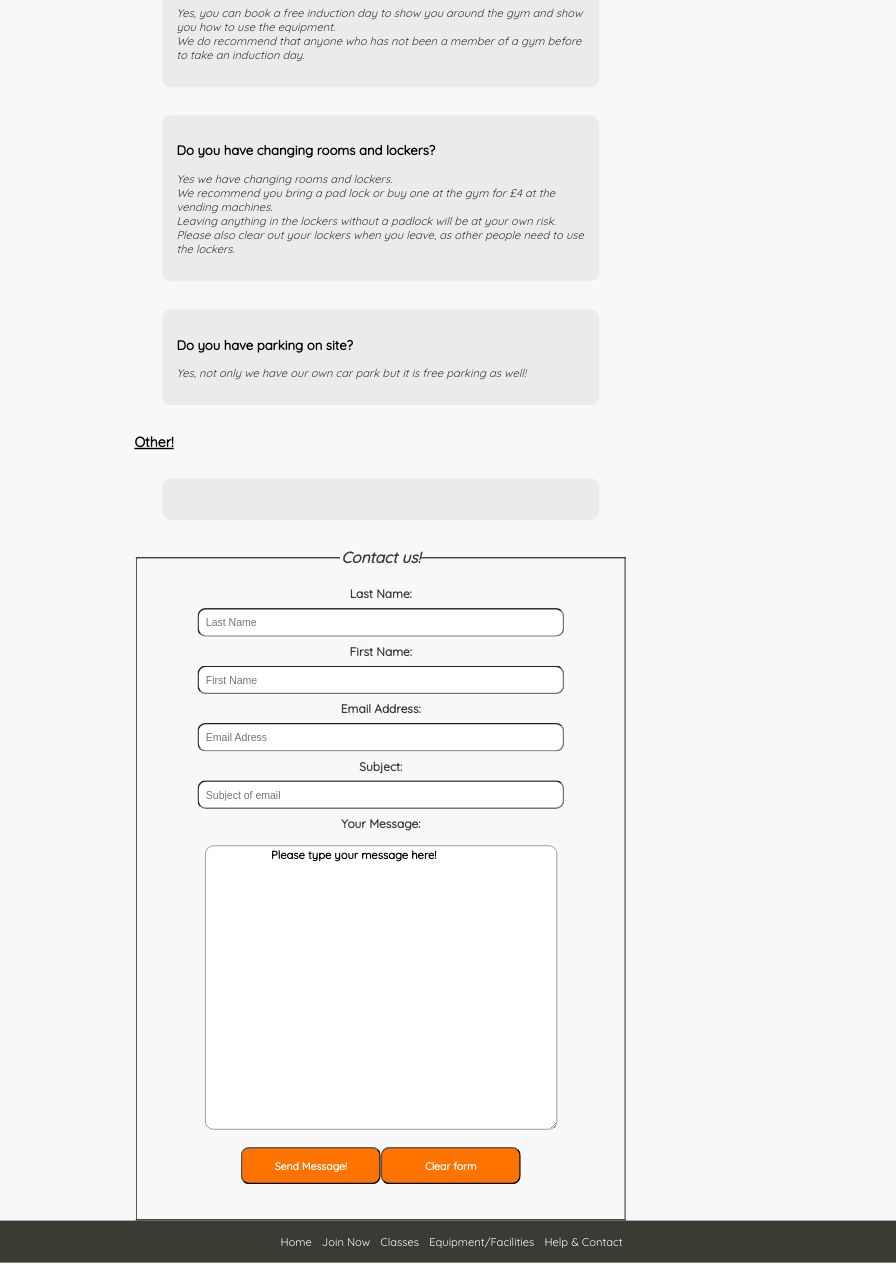
Repository: RicardoAzuul/the_fitness_hub
Page: help_and_contact.html
The author's editor kept a record of every edit. The page is drawn from the files as they stood at one moment, then again after the next edit.
The browser window is 1280 px wide. The pictures show the part of the page from y = 1214 to 3134 px (the page is 3019 px tall before and 3134 px after), at 70% of full size.
Some web fonts or font styles are not loaded; a fallback is used.

Above is the page before.

### help_and_contact.html
<!DOCTYPE html>
<html>
    <head>
        <meta charset="UTF-8">
        <meta name="viewport" content="width=device-width, initial-scale=1.0">
        <meta http-equiv="X-UA-Compatible" content="ie=edge">
        <title>The Fitness Hub</title>
        <link rel="stylesheet" href="https://cdnjs.cloudflare.com/ajax/libs/font-awesome/4.7.0/css/font-awesome.min.css">
        <link rel="stylesheet" href="css/style.css" type="text/css">
        <link href="https://fonts.googleapis.com/css?family=Livvic&display=swap" rel="stylesheet">
        <link href="https://fonts.googleapis.com/css?family=Quicksand&display=swap" rel="stylesheet">
        <link href="https://fonts.googleapis.com/css?family=Turret+Road&display=swap" rel="stylesheet">
    </head>
    <body>
        <header>
            <div class="navbar">
           <div class="dropdown">
           <button class="dropbtn">Menu
           <i class="fa fa-bars"></i>
           </button>
           <div class="dropdown-content">
           <a href="index.html">Home</a>
           <a href="join_now.html">Join Now</a>
           <a href="classes.html">Classes</a>
           <a href="equipment.html">Equipment/Facilities</a>
           <a href="help_and_contact.html">Help & Contact</a>
           </div>
           </div>
           <a href="index.html" class="logo"><b style="font-size: 20px;color: white;">The Fitness Hub
           <i class="fa fa-heartbeat"></i></b>
           </a>
           </div>
           <ul>
           <li><a class="active" href="index.html">Home</a></li>
           <li><a class="side" href="#c1">Joining the gym!</a></li>
           <li><a class="side" href="#c2">Equipment/ Facilities!</a></li>
           <li><a class="side" href="#c3">Other!</a></li>
          </ul>
        </header>
            <div class="container-fluid">
            <h2 class="center">The Fitness Hub Help Center!</h2>
            <br><br>
            <p class="Warning2">Below are the most frequent asked questions.<br>
            If you have a question that is not below, please contact us via our contact form below.<br>
            Replies within 24 hours.</p>
            <br><br>

             <section>
                <h3 id="c1" class="underline">Joining the gym!</h3>
                <div class="help">
                    <h3 class="question">How do I join the Gym?</h3>
                    <p>You want to join the gym? Don't worry we have made it easy for you.You can join online by clicking on join now and fill out the form.<br>
                    Once you filled out the form you will receive an email with your pin number.<br>
                    You can also apply at the gym at the kiosk.</p>
                </div>
                <div class="help">
                    <h3 class="question">How old do I need to be to start the gym?</h3>
                    <p>The minimum age to start at the gym is 16 years old.<br>
                    Age 16 to 17 years old have to do an induction day on your first start day at the gym.</p>
                </div>
                <div class="help">
                    <h3 class="question">Can I cancel my membership at any time?</h3>
                    <p>This is a no contract gym, so you can leave any time with no notice and no cancelling fee.</p>
                </div>
                <h3 id="c2" class="underline">Equipment/ Facilities!</h3>
                <div class="help">
                    <h3 class="question">Will I be shown how to use the equipment?</h3>
                    <p>Yes, you can book a free induction day to show you around the gym and show you how to use the equipment.<br>
                    We do recommend that anyone who has not been a member of a gym before to take an induction day.</p>
                </div>
                <div class="help">
                    <h3 class="question">Do you have changing rooms and lockers?</h3>
                    <p>Yes we have changing rooms and lockers.<br>
                    We  recommend you bring a pad lock or buy one at the gym for £4 at the vending machines.<br>
                    Leaving anything in the lockers without a padlock will be at your own risk.<br>
                    Please also clear out your lockers when you leave, as other people need to use the lockers.</p>
                </div>
                <div class="help">
                    <h3 class="question">Do you have parking on site?</h3>
                    <p>Yes, not only we have our own car park but it is free parking as well!</p>
                </div>
                <h3 id="c3" class="underline">Other!</h3>
                <div class="help">
                    <h3 class="question"></h3>
                </div>
        </section>
        <section>
            <form>
                <fieldset>
                    <legend>Contact us!</legend><br>
                    Last Name:<br>
                    <input type="text" name="lastname" placeholder="Last Name" required="required"><br>
                    First Name:<br>
                    <input type="text" name="firstname" placeholder="First Name" required="required"><br>
                    Email Address:<br>
                    <input type="email" name="email" placeholder="Email Adress" required="required"><br>
                    Subject:<br>
                    <input type="text" name="subject" placeholder="Subject of email" required="required"><br>
                    Your Message:<br><br>
                    <textarea rows="20" cols="60" placeholder="Type your message in here!">
                     Please type your message here!


                    </textarea>
                    <br><br>
                    <button type="send" onclick="alert('Your message has been sent! We try and respond in 2 hours.')">Send Message!</button><button type="reset">Clear form</button>
                </fieldset>
            </form>
            </div>

        </section>
        <footer>
            <div id="footer-details" class="row">
            <a href="index.html">Home</a>
           <a href="join_now.html">Join Now</a>
           <a href="classes.html">Classes</a>
           <a href="equipment.html">Equipment/Facilities</a>
           <a href="help_and_contact.html">Help & Contact</a>

            <!-- <div class="social-link">
                <h5 class="">Social</h5>
                <ul class="links social">
                    <li class="links">
                        <a target="_blank" href="#">
                            <i class="fa fa-facebook" aria-hidden="true"></i>
                            <span class="sr-only">Facebook></span>
                        </a>
                    </li>
                    <li class="links">
                        <a target="_blank" href="#">
                            <i class="fa fa-twitter" aria-hidden="true"></i>
                            <span class="sr-only">Twitter></span>
                        </a>
                    </li>
                    <li class="links">
                        <a target="_blank" href="#">
                            <i class="fa fa-linkedin" aria-hidden="true"></i>
                            <span class="sr-only">Linkedin></span>
                        </a>
                    </li>
                    <li class="links">
                        <a target="_blank" href="#">
                            <i class="fa fa-pinterest" aria-hidden="true"></i>
                            <span class="sr-only">Pinterest></span>
                        </a>
                    </li>
                    <li class="links">
                        <a target="_blank" href="#">
                            <i class="fa fa-instagram" aria-hidden="true"></i>
                            <span class="sr-only">Instagram></span>
                        </a>
                    </li>
                    <li class="links">
                        <a target="_blank" href="#">
                            <i class="fa fa-youtube" aria-hidden="true"></i>
                            <span class="sr-only">Youtube></span>
                        </a>
                    </li>
                </ul>
            </div>
            </div>--->
        </footer>
        </body>
        </html>

Loaded but not shown: css/style.css (1271 lines, source omitted)

After the next edit:
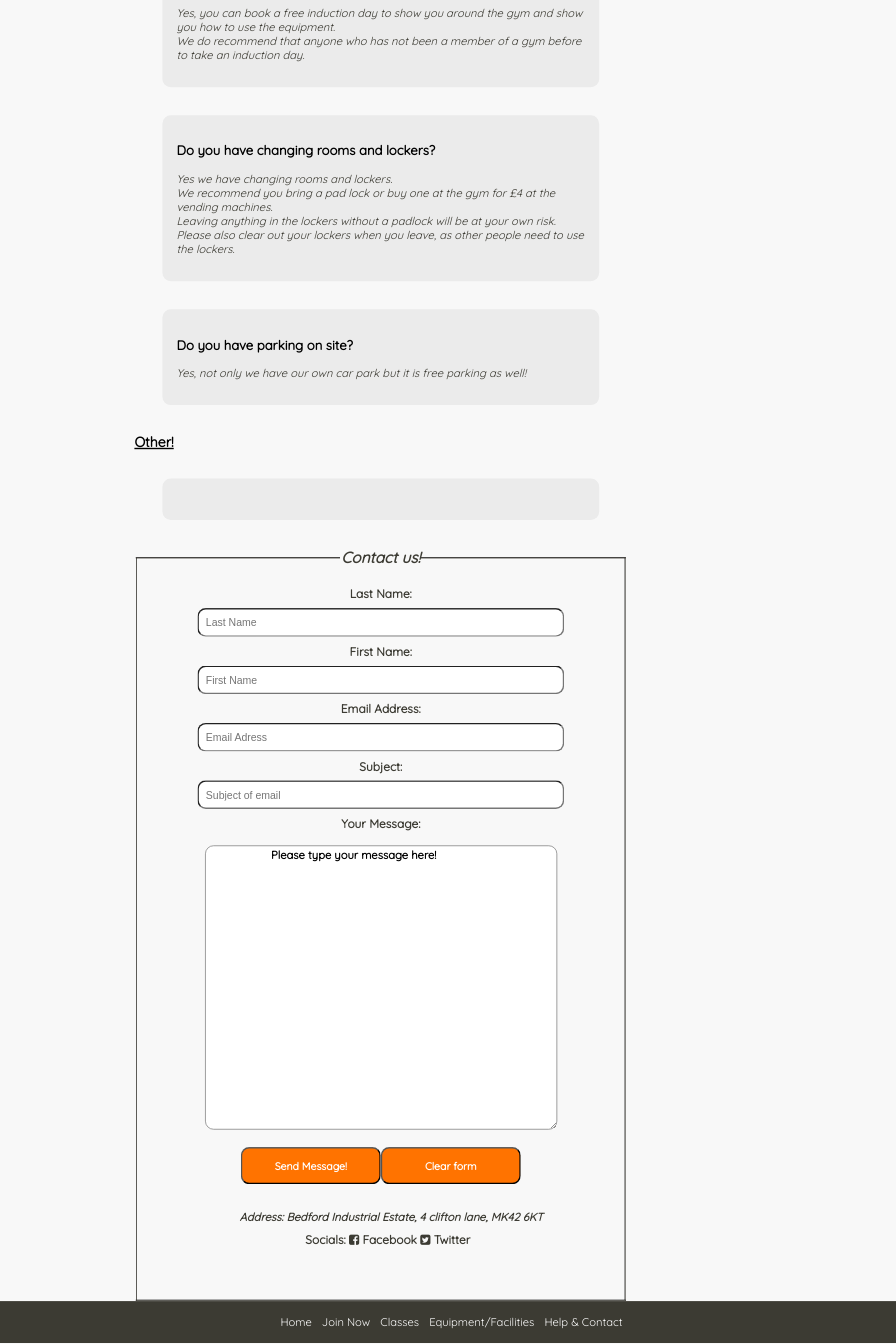
The edit:
--- a/help_and_contact.html
+++ b/help_and_contact.html
@@ -104,6 +104,13 @@
                     </textarea>
                     <br><br>
                     <button type="send" onclick="alert('Your message has been sent! We try and respond in 2 hours.')">Send Message!</button><button type="reset">Clear form</button>
+                    <br><br>
+                    <p class="address_socials"><b>Address:</b> Bedford Industrial Estate, 4 clifton lane, MK42 6KT</p>
+                    <div class="social">
+                    <b>Socials:</b>
+                    <i class="fa fa-facebook-square"></i> Facebook
+                    <i class="fa fa-twitter-square"></i> Twitter
+                    </div></p>
                 </fieldset>
             </form>
             </div>
